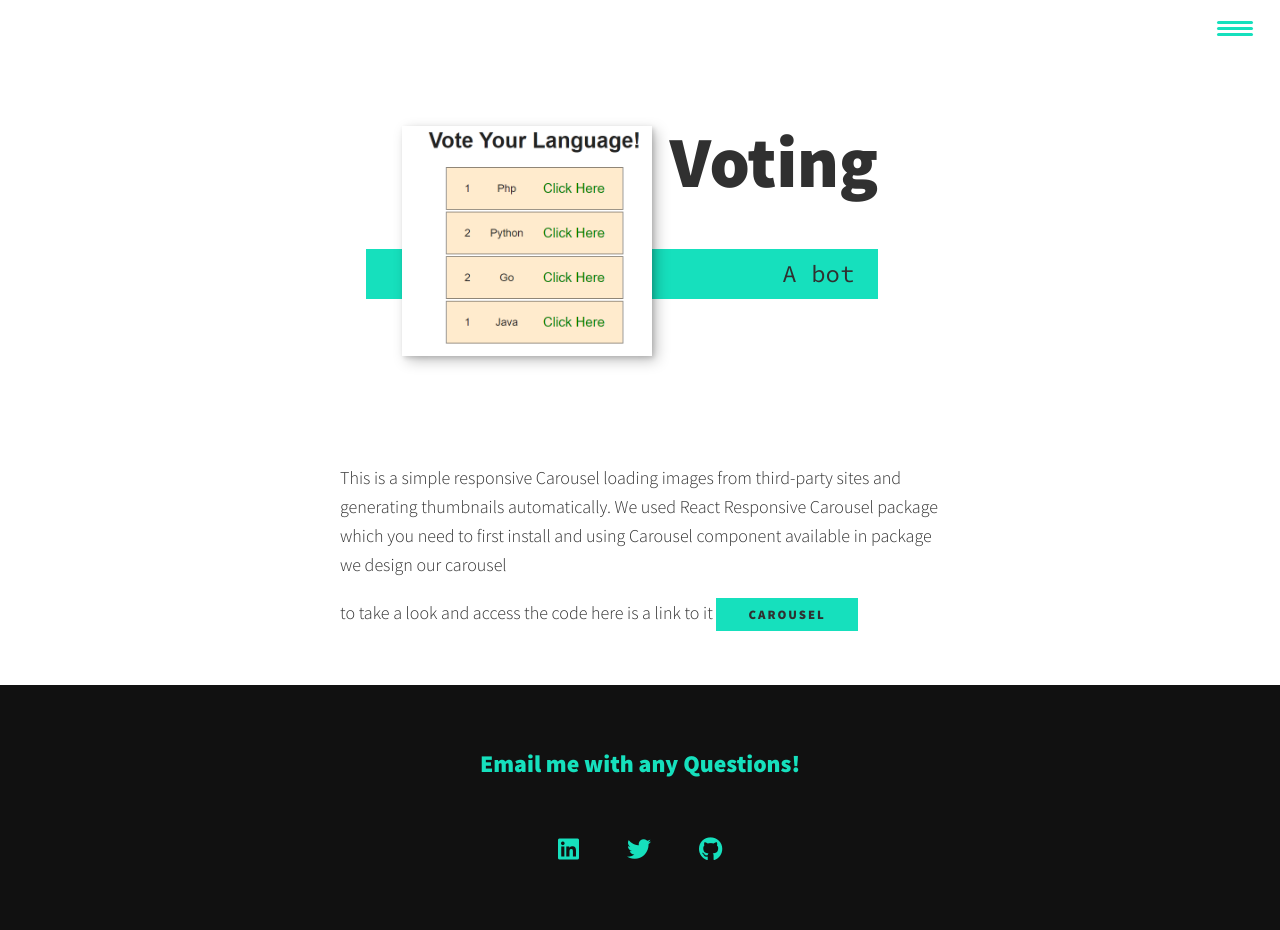
Repository: MadDogFlash/Hello-World
Page: Website/Voting.html
These files come from the project's save history. The page is drawn as it stood at one moment and after the next save; the edit follows.
The browser window is 1280 px wide. The pictures show the whole page.
Some web libraries are served in a nearby version.

Above is the page before, as saved 2020-07-06 16:20:41.

After the next save:
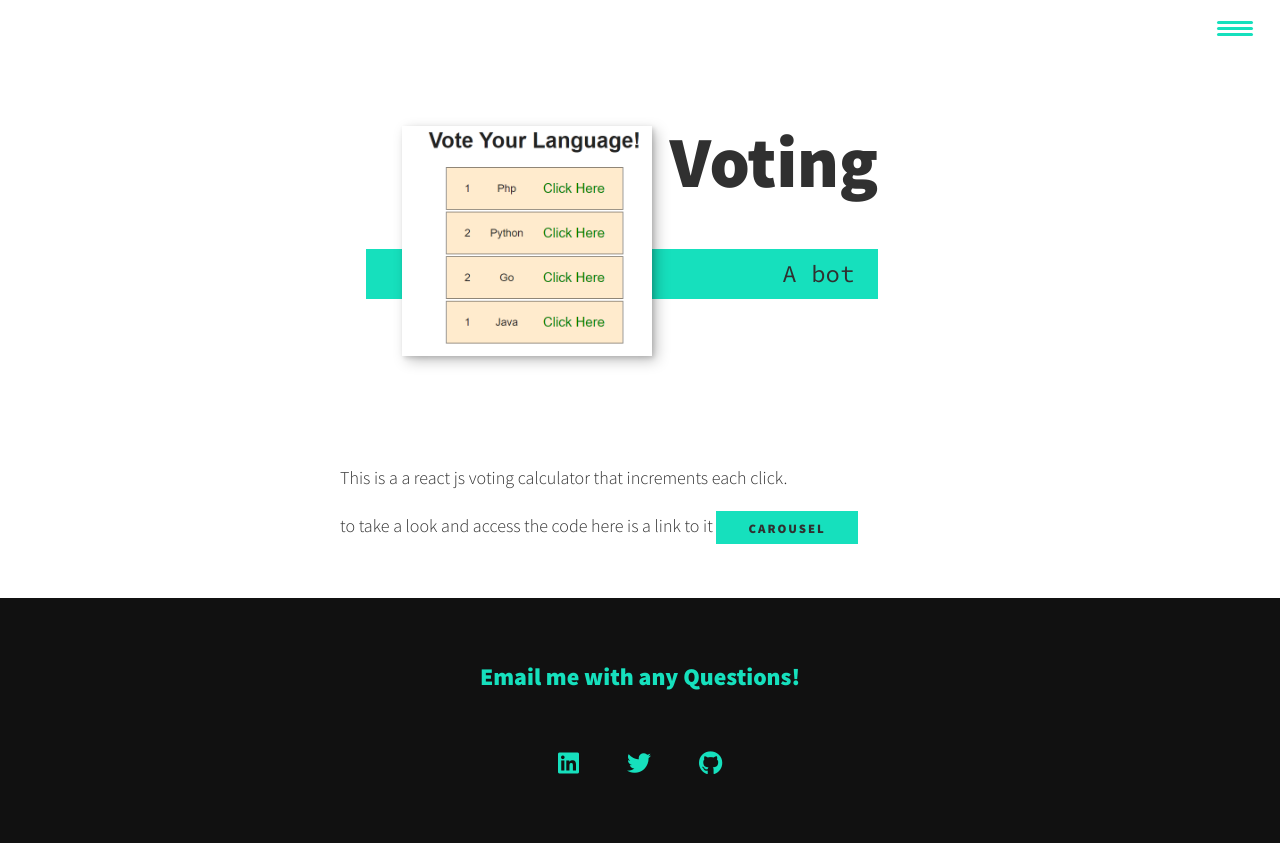
Saved 30 s later.
--- a/Website/Voting.html
+++ b/Website/Voting.html
@@ -38,9 +38,11 @@
         </section>
 
         <div class="portfolio-item-individual">
-            <p>This is a simple responsive Carousel loading images from third-party sites and generating thumbnails automatically. We used React Responsive Carousel package which you need to first install and using Carousel component available in package we design our carousel</p>
+            <p>This is a a react js voting calculator that increments each click.
 
-            <p>to take a look and access the code here is a link to it <a href="https://github.com/MadDogFlash/Carousel-" class="btn">Carousel</a></p>
+            </p>
+
+            <p>to take a look and access the code here is a link to it <a href="https://github.com/MadDogFlash/Voting-system" class="btn">Carousel</a></p>
 
 
         </div>
